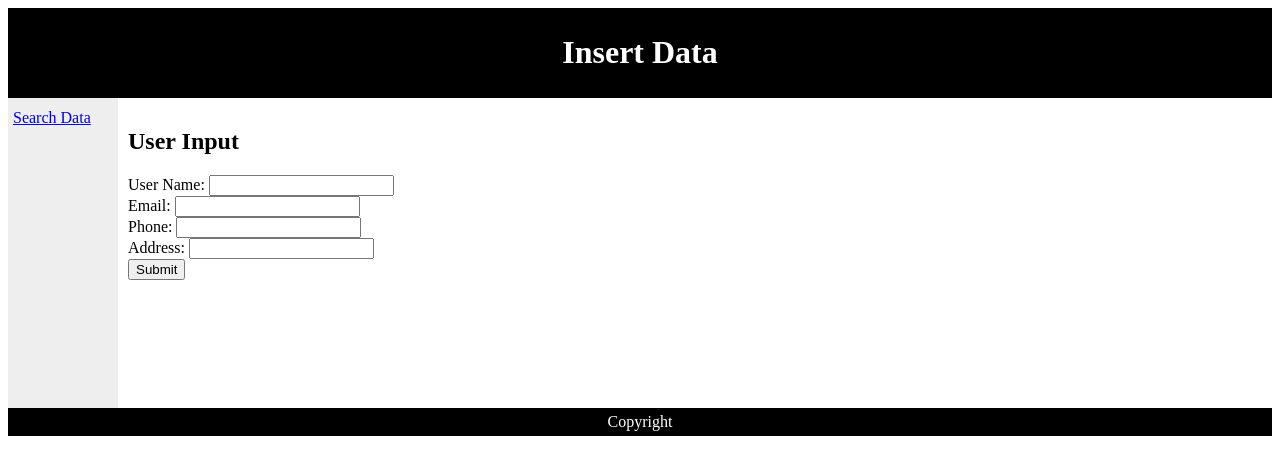
Repository: cheddartot/4830TE
Page: TEworkspace/insert_schantz.html
The author's editor kept a copy of each file at every save. The page is drawn from the files as they stood at one save, then again after the next save.
The browser window is 1280 px wide. The pictures show the whole page.

Above is the page before, as saved 2019-09-30 01:49:51.

### TEworkspace/insert_schantz.html
<html>
<head>
<style>
header {
    background-color:black;
    color:white;
    text-align:center;
    padding:5px;
}
nav {
    line-height:30px;
    background-color:#eeeeee;
    height:300px;
    width:100px;
    float:left;
    padding:5px;
}
section {
    width:350px;
    float:left;
    padding:10px;
}
footer {
    background-color:black;
    color:white;
    clear:both;
    text-align:center;
    padding:5px;
}
</style>
</head>

<body>
<header>
<h1> Insert Data </h1>
</header>

<nav>
<a href="/webproject/simpleFormSearch.html">Search Data</a> <br>
</nav>

<section>
	<h1>User Input</h1>

	<form action="SimpleFormInsert" method="POST">

		User Name: <input type="text" name="userName"> <br />
		Email: <input type="text" name="email"> <br />
		Phone: <input type="text" name="phone"> <br />
		Address: <input type="text" name="address"> <br />

		<input type="submit" value="Submit" />
	</form>

</section>

<footer>
Copyright
</footer>
</body>
</html>

After the next save:
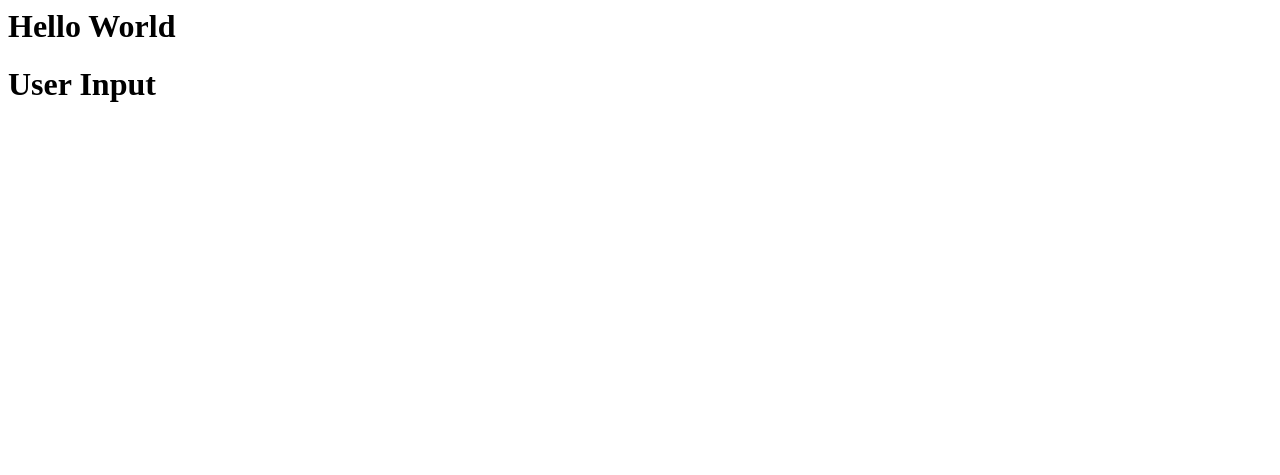
Saved 3 min 35 s later.
--- a/TEworkspace/insert_schantz.html
+++ b/TEworkspace/insert_schantz.html
@@ -1,61 +1,23 @@
 <html>
 <head>
+<!-- stylesheet stuff in here -->
 <style>
-header {
-    background-color:black;
-    color:white;
-    text-align:center;
-    padding:5px;
-}
-nav {
-    line-height:30px;
-    background-color:#eeeeee;
-    height:300px;
-    width:100px;
-    float:left;
-    padding:5px;
-}
-section {
-    width:350px;
-    float:left;
-    padding:10px;
-}
-footer {
-    background-color:black;
-    color:white;
-    clear:both;
-    text-align:center;
-    padding:5px;
-}
+
 </style>
 </head>
 
 <body>
 <header>
-<h1> Insert Data </h1>
+<h1> Hello World </h1>
 </header>
 
-<nav>
-<a href="/webproject/simpleFormSearch.html">Search Data</a> <br>
-</nav>
 
-<section>
+<body>
 	<h1>User Input</h1>
-
-	<form action="SimpleFormInsert" method="POST">
-
-		User Name: <input type="text" name="userName"> <br />
-		Email: <input type="text" name="email"> <br />
-		Phone: <input type="text" name="phone"> <br />
-		Address: <input type="text" name="address"> <br />
-
-		<input type="submit" value="Submit" />
-	</form>
-
-</section>
+</body>
 
 <footer>
-Copyright
+<!-- footer info here if you care -->
 </footer>
 </body>
 </html>
